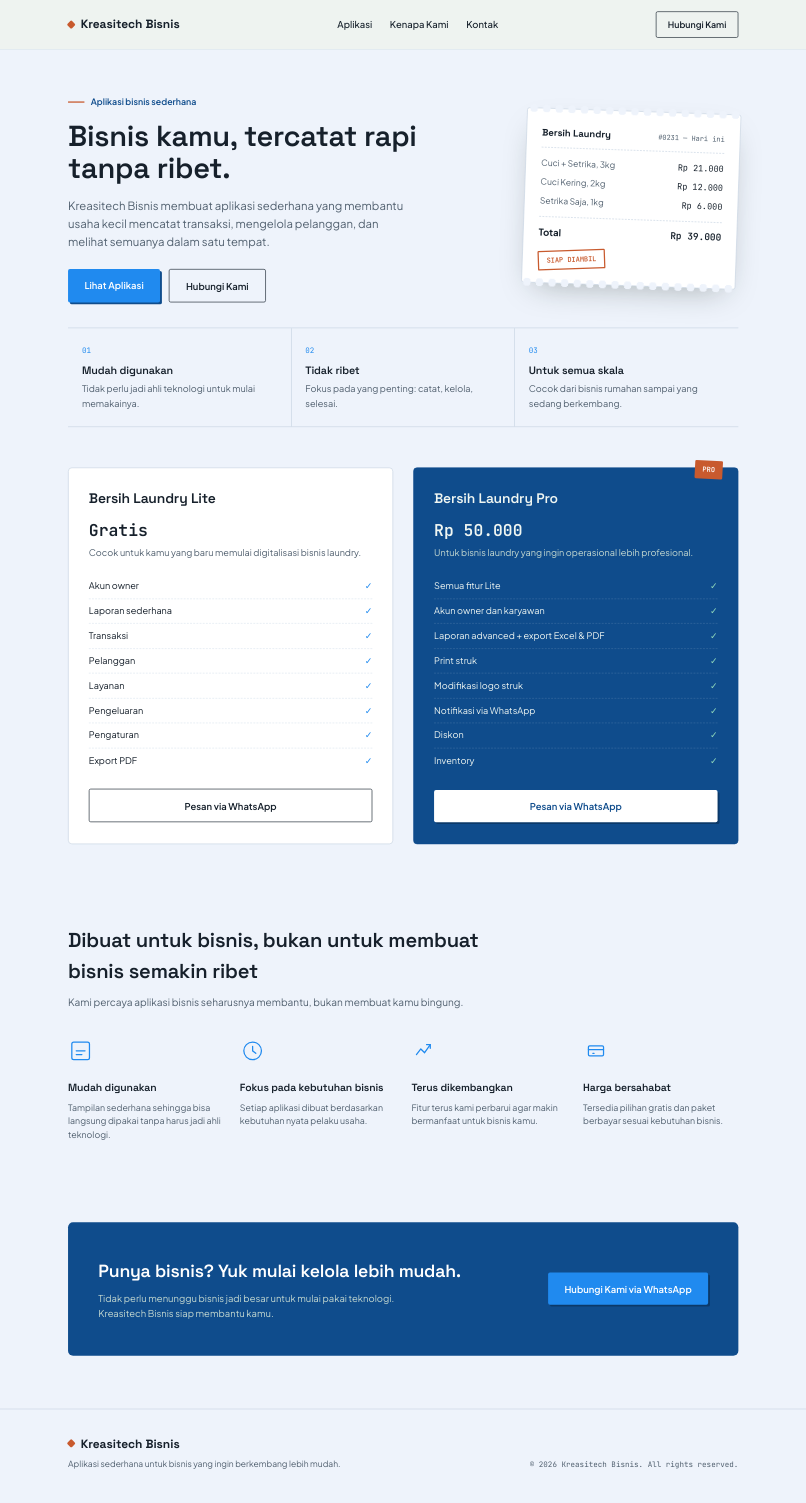
Repository: joao880hbhb/kreasitech
Page: produk/bersih-laundry.html
These files come from the project's save history. The page is drawn as it stood at one moment and after the next save; the edit follows.
The browser window is 1280 px wide. The pictures show the whole page, at 63% of full size.

Above is the page before, as saved 2026-09-14 21:30:32.

### produk/bersih-laundry.html
<!DOCTYPE html>
<html lang="id">
<head>
<meta charset="UTF-8">
<meta name="viewport" content="width=device-width, initial-scale=1.0">
<title>Kreasitech Bisnis — Membantu Bisnis Kamu</title>
<link rel="preconnect" href="https://fonts.googleapis.com">
<link rel="preconnect" href="https://fonts.gstatic.com" crossorigin>
<link href="https://fonts.googleapis.com/css2?family=Space+Grotesk:wght@500;600;700&family=Plus+Jakarta+Sans:wght@400;500;600;700&family=JetBrains+Mono:wght@400;500;600&display=swap" rel="stylesheet">
<style>
  :root{
    --paper:#EEF3FB;
    --paper-alt:#FFFFFF;
    --ink:#16202B;
    --ink-soft:#51606F;
    --pine:#208AEF;
    --pine-dark:#0F4C8C;
    --rust:#C85A2E;
    --line:#C6D3E1;
    --line-soft:#DCE5EF;
  }
  *{box-sizing:border-box; margin:0; padding:0;}
  html{scroll-behavior:smooth;}
  body{
    background:var(--paper);
    color:var(--ink);
    font-family:'Plus Jakarta Sans', sans-serif;
    line-height:1.55;
    -webkit-font-smoothing:antialiased;
  }
  img{max-width:100%; display:block;}
  a{color:inherit; text-decoration:none;}
  .wrap{max-width:1120px; margin:0 auto; padding:0 28px;}
  h1,h2,h3{font-family:'Space Grotesk', sans-serif; font-weight:600; letter-spacing:-0.01em;}
  .mono{font-family:'JetBrains Mono', monospace;}

  /* perforated divider — like a torn receipt edge */
  .tear{
    height:22px;
    width:100%;
    background:
      radial-gradient(circle at 11px 0, transparent 11px, var(--paper) 11.5px) repeat-x;
    background-size:22px 22px;
    background-position:0 -11px;
  }
  .tear.into-alt{ background-image:radial-gradient(circle at 11px 0, transparent 11px, var(--paper-alt) 11.5px);}
  .tear.into-paper{ background-image:radial-gradient(circle at 11px 0, transparent 11px, var(--paper) 11.5px);}
  .tear.into-dark{ background-image:radial-gradient(circle at 11px 0, transparent 11px, var(--pine-dark) 11.5px);}

  /* NAV */
  header{
    position:sticky; top:0; z-index:50;
    background:rgba(238,243,239,0.9);
    backdrop-filter:blur(8px);
    border-bottom:1px solid var(--line-soft);
  }
  nav{
    display:flex; align-items:center; justify-content:space-between;
    padding:18px 28px; max-width:1120px; margin:0 auto;
  }
  .brand{display:flex; align-items:center; gap:10px; font-family:'Space Grotesk'; font-weight:700; font-size:19px;}
  .brand .dot{width:10px; height:10px; border-radius:2px; background:var(--rust); transform:rotate(45deg);}
  .navlinks{display:flex; gap:28px; font-size:15px; font-weight:500;}
  .navlinks a:hover{color:var(--pine);}
  .btn-ghost{border:1.5px solid var(--ink); padding:9px 18px; border-radius:3px; font-weight:600; font-size:14px;}
  .btn-ghost:hover{background:var(--ink); color:var(--paper);}
  @media (max-width:720px){ .navlinks{display:none;} }

  /* HERO */
  .hero{padding:72px 0 40px;}
  .hero-grid{display:grid; grid-template-columns:1.1fr 0.9fr; gap:56px; align-items:center;}
  @media (max-width:860px){ .hero-grid{grid-template-columns:1fr;} }
  .eyebrow-line{display:flex; align-items:center; gap:10px; font-size:14px; color:var(--pine-dark); font-weight:600; margin-bottom:18px;}
  .eyebrow-line::before{content:""; width:26px; height:2px; background:var(--rust);}
  .hero h1{font-size:46px; line-height:1.12; margin-bottom:20px;}
  @media (max-width:520px){ .hero h1{font-size:34px;} }
  .hero p.lead{font-size:18px; color:var(--ink-soft); max-width:46ch; margin-bottom:30px;}
  .hero-cta{display:flex; gap:14px; flex-wrap:wrap;}
  .btn-primary{
    background:var(--pine); color:#fff; padding:14px 26px; border-radius:3px;
    font-weight:600; font-size:15px; display:inline-block;
    box-shadow:3px 3px 0 var(--pine-dark);
    transition:transform .15s ease, box-shadow .15s ease;
  }
  .btn-primary:hover{ transform:translate(-2px,-2px); box-shadow:5px 5px 0 var(--pine-dark); }
  .btn-secondary{
    background:transparent; color:var(--ink); padding:14px 26px; border-radius:3px;
    font-weight:600; font-size:15px; border:1.5px solid var(--ink); display:inline-block;
  }
  .btn-secondary:hover{background:var(--ink); color:var(--paper);}

  /* hero receipt mockup */
  .receipt-mock{
    position:relative;
    background:var(--paper-alt);
    border:1px solid var(--line);
    border-radius:4px;
    padding:26px 24px 22px;
    max-width:340px;
    margin-left:auto;
    box-shadow:0 20px 50px -20px rgba(22,36,29,0.35);
    transform:rotate(2deg);
  }
  .receipt-mock::before,.receipt-mock::after{
    content:""; position:absolute; left:0; right:0; height:12px;
    background:
      radial-gradient(circle at 10px 6px, var(--paper) 6px, transparent 6.5px) repeat-x;
    background-size:20px 12px;
  }
  .receipt-mock::before{top:-6px;}
  .receipt-mock::after{bottom:-6px; transform:rotate(180deg);}
  .receipt-mock .r-head{display:flex; justify-content:space-between; align-items:baseline; border-bottom:1.5px dashed var(--line); padding-bottom:12px; margin-bottom:14px;}
  .receipt-mock .r-head span:first-child{font-family:'Space Grotesk'; font-weight:700; font-size:15px;}
  .receipt-mock .r-head span:last-child{font-family:'JetBrains Mono'; font-size:11px; color:var(--ink-soft);}
  .r-row{display:flex; justify-content:space-between; font-size:13.5px; margin-bottom:9px; font-family:'JetBrains Mono';}
  .r-row .name{color:var(--ink-soft); font-family:'Plus Jakarta Sans';}
  .r-total{
    display:flex; justify-content:space-between; margin-top:14px; padding-top:12px;
    border-top:1.5px dashed var(--line); font-weight:700; font-size:15px;
  }
  .r-status{
    display:inline-block; margin-top:16px; padding:5px 12px; border:2px solid var(--rust);
    color:var(--rust); font-family:'JetBrains Mono'; font-size:11px; font-weight:600;
    transform:rotate(-4deg); border-radius:2px;
  }

  section{padding:64px 0;}

  /* value props row */
  .value-row{
    display:grid; grid-template-columns:repeat(3,1fr); gap:0;
    border-top:1px solid var(--line); border-bottom:1px solid var(--line);
  }
  .value-row .vcell{padding:26px 22px; border-right:1px solid var(--line);}
  .value-row .vcell:last-child{border-right:none;}
  .value-row .vcell .num{font-family:'JetBrains Mono'; font-size:12px; color:var(--pine); margin-bottom:8px;}
  .value-row .vcell h3{font-size:17px; margin-bottom:6px;}
  .value-row .vcell p{font-size:14.5px; color:var(--ink-soft);}
  @media (max-width:720px){ .value-row{grid-template-columns:1fr;} .value-row .vcell{border-right:none; border-bottom:1px solid var(--line);} }

  /* products intro */
  .section-head{max-width:60ch; margin-bottom:44px;}
  .section-head h2{font-size:32px; margin-bottom:12px;}
  .section-head p{color:var(--ink-soft); font-size:16px;}

  .product-photo-wrap{
    position:relative; border-radius:6px; overflow:hidden; margin-bottom:48px;
    border:1px solid var(--line);
  }
  .product-photo-wrap img{width:100%; height:280px; object-fit:cover; filter:saturate(0.92) contrast(1.02);}
  .product-photo-wrap .tag{
    position:absolute; bottom:16px; left:16px; background:var(--paper-alt);
    padding:8px 14px; font-family:'JetBrains Mono'; font-size:12px; border-radius:3px;
    border:1px solid var(--line);
  }

  /* pricing / feature cards, receipt style */
  /* mobile-first: 2 kolom berdampingan dari layar paling kecil, melebar ke layout desktop */
  .plans{display:grid; grid-template-columns:1fr 1fr; gap:10px;}
  .plan{
    background:var(--paper-alt); border:1px solid var(--line); border-radius:6px;
    padding:18px 14px; position:relative; display:flex; flex-direction:column;
    min-width:0; /* cegah konten memaksa kolom melebar & merusak grid di layar kecil */
  }
  .plan.pro{background:var(--pine-dark); color:#EFF6F2; border-color:var(--pine-dark);}
  .plan .badge{
    position:absolute; top:-10px; right:14px; background:var(--rust); color:#fff;
    font-family:'JetBrains Mono'; font-size:10px; font-weight:600; padding:4px 9px;
    border-radius:2px; transform:rotate(3deg);
  }
  .plan h3{font-size:15.5px; margin-bottom:2px; line-height:1.25;}
  .plan .price{font-family:'JetBrains Mono'; font-size:17px; font-weight:600; margin:8px 0 4px;}
  .plan .sub{font-size:11.5px; color:var(--ink-soft); margin-bottom:14px; line-height:1.4;}
  .plan.pro .sub{color:#C6DAD1;}
  .plan ul{list-style:none; margin-bottom:16px; flex-grow:1;}
  .plan li{
    display:flex; justify-content:space-between; align-items:baseline; gap:6px; font-size:11.5px;
    padding:6px 0; border-bottom:1px dashed var(--line-soft);
  }
  .plan.pro li{border-bottom:1px dashed rgba(255,255,255,0.18);}
  .plan li:last-child{border-bottom:none;}
  .plan li .name{line-height:1.3;}
  .plan li .check{color:var(--pine); font-family:'JetBrains Mono'; flex-shrink:0;}
  .plan.pro li .check{color:#8FD8BB;}
  .plan .btn-secondary, .plan .btn-primary{padding:10px 12px; font-size:12.5px;}

  /* di layar lebih lebar, beri napas lebih longgar */
  @media (min-width:560px){
    .plans{gap:24px;}
    .plan{padding:28px 26px;}
    .plan h3{font-size:20px;}
    .plan .price{font-size:24px; margin:12px 0 6px;}
    .plan .sub{font-size:14px; margin-bottom:22px;}
    .plan ul{margin-bottom:26px;}
    .plan li{font-size:13.5px; padding:8px 0;}
    .plan .badge{top:-12px; right:24px; font-size:11px; padding:6px 12px;}
    .plan .btn-secondary, .plan .btn-primary{padding:14px 26px; font-size:15px;}
  }
  @media (min-width:800px){
    .plans{gap:32px;}
    .plan{padding:34px 32px;}
    .plan h3{font-size:22px;}
    .plan .price{font-size:26px; margin:14px 0 6px;}
    .plan .sub{font-size:14.5px; margin-bottom:24px;}
    .plan li{font-size:14.5px;}
  }

  /* why us */
  .why-grid{display:grid; grid-template-columns:repeat(4,1fr); gap:26px;}
  @media (max-width:900px){ .why-grid{grid-template-columns:1fr 1fr;} }
  @media (max-width:520px){ .why-grid{grid-template-columns:1fr;} }
  .why-card{padding:0;}
  .why-card .icon{width:40px; height:40px; margin-bottom:18px;}
  .why-card h3{font-size:16.5px; margin-bottom:8px;}
  .why-card p{font-size:14px; color:var(--ink-soft);}

  /* final cta */
  .final-cta{
    background:var(--pine-dark); color:#EFF6F2; border-radius:8px;
    padding:56px 48px; display:flex; justify-content:space-between; align-items:center; gap:32px;
  }
  @media (max-width:760px){ .final-cta{flex-direction:column; text-align:center; padding:44px 26px;} }
  .final-cta h2{font-size:28px; margin-bottom:10px; color:#fff;}
  .final-cta p{color:#C6DAD1; font-size:15px; max-width:44ch;}
  .final-cta .btn-primary{box-shadow:3px 3px 0 rgba(0,0,0,0.25); flex-shrink:0;}

  footer{padding:40px 0 50px; border-top:1px solid var(--line); margin-top:20px;}
  .foot-grid{display:flex; justify-content:space-between; align-items:flex-end; flex-wrap:wrap; gap:20px;}
  .foot-grid .brand{margin-bottom:8px;}
  footer p{font-size:13.5px; color:var(--ink-soft);}
  footer .copyright{font-family:'JetBrains Mono'; font-size:12px; color:var(--ink-soft);}
</style>
</head>
<body>

<header>
  <nav>
    <div class="brand"><span class="dot"></span>Kreasitech Bisnis</div>
    <div class="navlinks">
      <a href="#produk">Aplikasi</a>
      <a href="#kenapa">Kenapa Kami</a>
      <a href="#kontak">Kontak</a>
    </div>
    <a href="#kontak" class="btn-ghost">Hubungi Kami</a>
  </nav>
</header>

<section class="hero">
  <div class="wrap hero-grid">
    <div>
      <div class="eyebrow-line">Aplikasi bisnis sederhana</div>
      <h1>Bisnis kamu, tercatat rapi tanpa ribet.</h1>
      <p class="lead">Kreasitech Bisnis membuat aplikasi sederhana yang membantu usaha kecil mencatat transaksi, mengelola pelanggan, dan melihat semuanya dalam satu tempat.</p>
      <div class="hero-cta">
        <a href="#produk" class="btn-primary">Lihat Aplikasi</a>
        <a href="#kontak" class="btn-secondary">Hubungi Kami</a>
      </div>
    </div>
    <div>
      <div class="receipt-mock">
        <div class="r-head">
          <span>Bersih Laundry</span>
          <span>#0231 — Hari ini</span>
        </div>
        <div class="r-row"><span class="name">Cuci + Setrika, 3kg</span><span>Rp 21.000</span></div>
        <div class="r-row"><span class="name">Cuci Kering, 2kg</span><span>Rp 12.000</span></div>
        <div class="r-row"><span class="name">Setrika Saja, 1kg</span><span>Rp 6.000</span></div>
        <div class="r-total"><span>Total</span><span class="mono">Rp 39.000</span></div>
        <div class="r-status">SIAP DIAMBIL</div>
      </div>
    </div>
  </div>
</section>

<div class="wrap"><div class="value-row">
  <div class="vcell"><div class="num">01</div><h3>Mudah digunakan</h3><p>Tidak perlu jadi ahli teknologi untuk mulai memakainya.</p></div>
  <div class="vcell"><div class="num">02</div><h3>Tidak ribet</h3><p>Fokus pada yang penting: catat, kelola, selesai.</p></div>
  <div class="vcell"><div class="num">03</div><h3>Untuk semua skala</h3><p>Cocok dari bisnis rumahan sampai yang sedang berkembang.</p></div>
</div></div>

<section id="produk">
  <div class="wrap">
    <!-- <div class="section-head">
      <h2>Aplikasi untuk bisnis laundry kamu</h2>
      <p>Kami mulai dari kebutuhan yang paling nyata: usaha laundry yang selama ini masih mencatat transaksi di buku atau kertas nota.</p>
    </div>

    <div class="product-photo-wrap">
      <img src="https://picsum.photos/seed/kreasitech-laundry/1200/560" alt="Tumpukan pakaian bersih terlipat rapi di usaha laundry">
      <div class="tag mono">Bersih Laundry</div>
    </div> -->

    <div class="plans">
      <div class="plan">
        <h3>Bersih Laundry Lite</h3>
        <div class="price">Gratis</div>
        <p class="sub">Cocok untuk kamu yang baru memulai digitalisasi bisnis laundry.</p>
        <ul>
          <li><span class="name">Akun owner</span><span class="check">✓</span></li>
          <li><span class="name">Laporan sederhana</span><span class="check">✓</span></li>
          <li><span class="name">Transaksi</span><span class="check">✓</span></li>
          <li><span class="name">Pelanggan</span><span class="check">✓</span></li>
          <li><span class="name">Layanan</span><span class="check">✓</span></li>
          <li><span class="name">Pengeluaran</span><span class="check">✓</span></li>
          <li><span class="name">Pengaturan</span><span class="check">✓</span></li>
          <li><span class="name">Export PDF</span><span class="check">✓</span></li>
        </ul>
        <a href="https://wa.me/6281234567890" class="btn-secondary" style="text-align:center;" target="_blank" rel="noopener">Pesan via WhatsApp</a>
      </div>

      <div class="plan pro">
        <div class="badge">PRO</div>
        <h3>Bersih Laundry Pro</h3>
        <div class="price">Rp 50.000</div>
        <p class="sub">Untuk bisnis laundry yang ingin operasional lebih profesional.</p>
        <ul>
          <li><span class="name">Semua fitur Lite</span><span class="check">✓</span></li>
          <li><span class="name">Akun owner dan karyawan</span><span class="check">✓</span></li>
          <li><span class="name">Laporan advanced + export Excel &amp; PDF</span><span class="check">✓</span></li>
          <li><span class="name">Print struk</span><span class="check">✓</span></li>
          <li><span class="name">Modifikasi logo struk</span><span class="check">✓</span></li>
          <li><span class="name">Notifikasi via WhatsApp</span><span class="check">✓</span></li>
          <li><span class="name">Diskon</span><span class="check">✓</span></li>
          <li><span class="name">Inventory</span><span class="check">✓</span></li>
        </ul>
        <a href="https://wa.me/6281234567890" class="btn-primary" style="text-align:center; background:#fff; color:var(--pine-dark); box-shadow:3px 3px 0 rgba(0,0,0,0.25);" target="_blank" rel="noopener">Pesan via WhatsApp</a>
      </div>
    </div>
  </div>
</section>

<section id="kenapa">
  <div class="wrap">
    <div class="section-head">
      <h2>Dibuat untuk bisnis, bukan untuk membuat bisnis semakin ribet</h2>
      <p>Kami percaya aplikasi bisnis seharusnya membantu, bukan membuat kamu bingung.</p>
    </div>
    <div class="why-grid">
      <div class="why-card">
        <svg class="icon" viewBox="0 0 40 40" fill="none"><rect x="6" y="6" width="28" height="28" rx="3" stroke="#208AEF" stroke-width="2"/><path d="M13 20h14M13 26h9" stroke="#208AEF" stroke-width="2" stroke-linecap="round"/></svg>
        <h3>Mudah digunakan</h3>
        <p>Tampilan sederhana sehingga bisa langsung dipakai tanpa harus jadi ahli teknologi.</p>
      </div>
      <div class="why-card">
        <svg class="icon" viewBox="0 0 40 40" fill="none"><circle cx="20" cy="20" r="14" stroke="#208AEF" stroke-width="2"/><path d="M20 13v7l5 4" stroke="#208AEF" stroke-width="2" stroke-linecap="round"/></svg>
        <h3>Fokus pada kebutuhan bisnis</h3>
        <p>Setiap aplikasi dibuat berdasarkan kebutuhan nyata pelaku usaha.</p>
      </div>
      <div class="why-card">
        <svg class="icon" viewBox="0 0 40 40" fill="none"><path d="M8 26l7-9 6 6 9-13" stroke="#208AEF" stroke-width="2" stroke-linecap="round" stroke-linejoin="round"/><path d="M24 10h6v6" stroke="#208AEF" stroke-width="2" stroke-linecap="round" stroke-linejoin="round"/></svg>
        <h3>Terus dikembangkan</h3>
        <p>Fitur terus kami perbarui agar makin bermanfaat untuk bisnis kamu.</p>
      </div>
      <div class="why-card">
        <svg class="icon" viewBox="0 0 40 40" fill="none"><rect x="8" y="12" width="24" height="16" rx="2" stroke="#208AEF" stroke-width="2"/><path d="M8 18h24M15 24h2" stroke="#208AEF" stroke-width="2" stroke-linecap="round"/></svg>
        <h3>Harga bersahabat</h3>
        <p>Tersedia pilihan gratis dan paket berbayar sesuai kebutuhan bisnis.</p>
      </div>
    </div>
  </div>
</section>

<section id="kontak">
  <div class="wrap">
    <div class="final-cta">
      <div>
        <h2>Punya bisnis? Yuk mulai kelola lebih mudah.</h2>
        <p>Tidak perlu menunggu bisnis jadi besar untuk mulai pakai teknologi. Kreasitech Bisnis siap membantu kamu.</p>
      </div>
      <a href="https://wa.me/6281234567890" class="btn-primary" target="_blank" rel="noopener">Hubungi Kami via WhatsApp</a>
    </div>
  </div>
</section>

<footer>
  <div class="wrap foot-grid">
    <div>
      <div class="brand"><span class="dot"></span>Kreasitech Bisnis</div>
      <p>Aplikasi sederhana untuk bisnis yang ingin berkembang lebih mudah.</p>
    </div>
    <div class="copyright">© 2026 Kreasitech Bisnis. All rights reserved.</div>
  </div>
</footer>

</body>
</html>

After the next save:
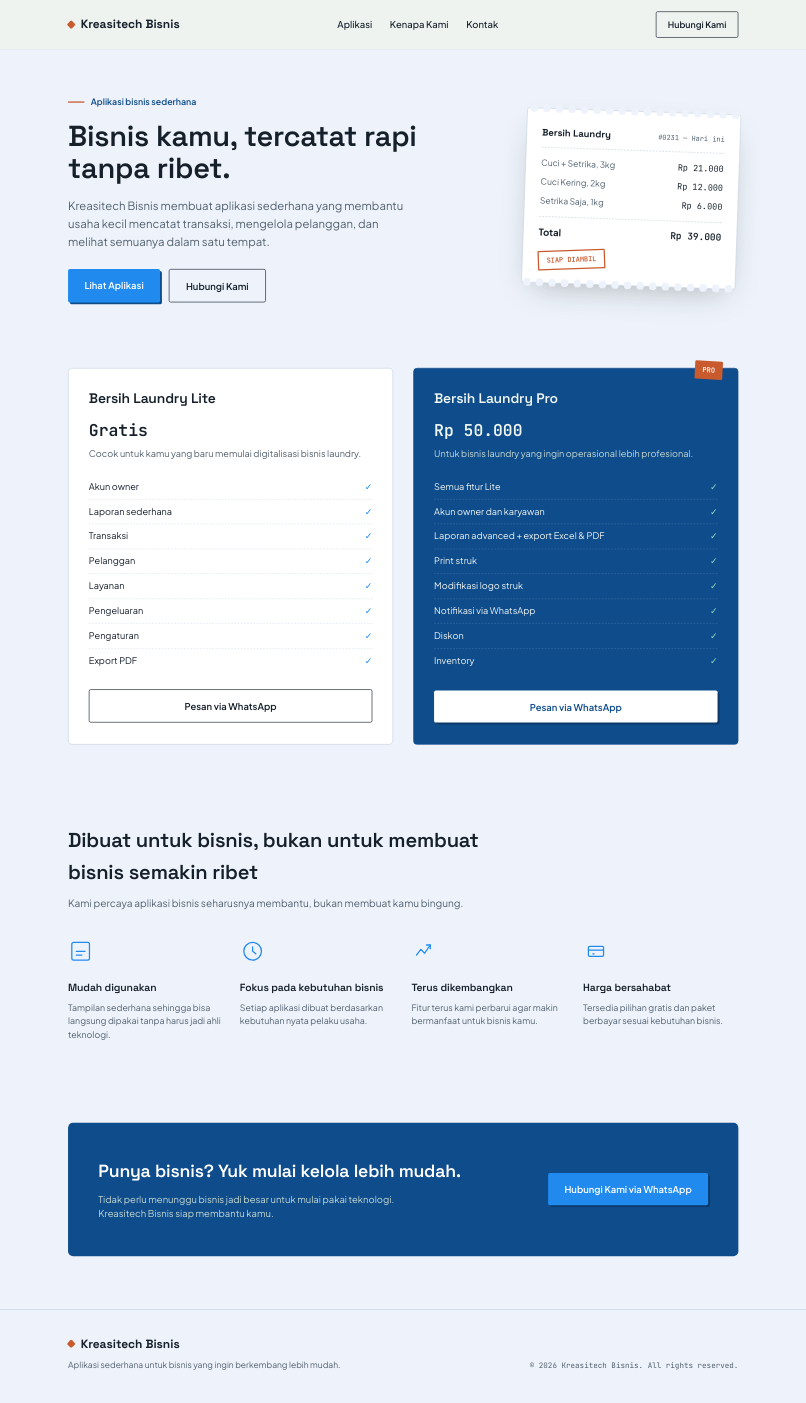
Saved 10 s later.
--- a/produk/bersih-laundry.html
+++ b/produk/bersih-laundry.html
@@ -272,11 +272,11 @@
   </div>
 </section>
 
-<div class="wrap"><div class="value-row">
+<!-- <div class="wrap"><div class="value-row">
   <div class="vcell"><div class="num">01</div><h3>Mudah digunakan</h3><p>Tidak perlu jadi ahli teknologi untuk mulai memakainya.</p></div>
   <div class="vcell"><div class="num">02</div><h3>Tidak ribet</h3><p>Fokus pada yang penting: catat, kelola, selesai.</p></div>
   <div class="vcell"><div class="num">03</div><h3>Untuk semua skala</h3><p>Cocok dari bisnis rumahan sampai yang sedang berkembang.</p></div>
-</div></div>
+</div></div> -->
 
 <section id="produk">
   <div class="wrap">
